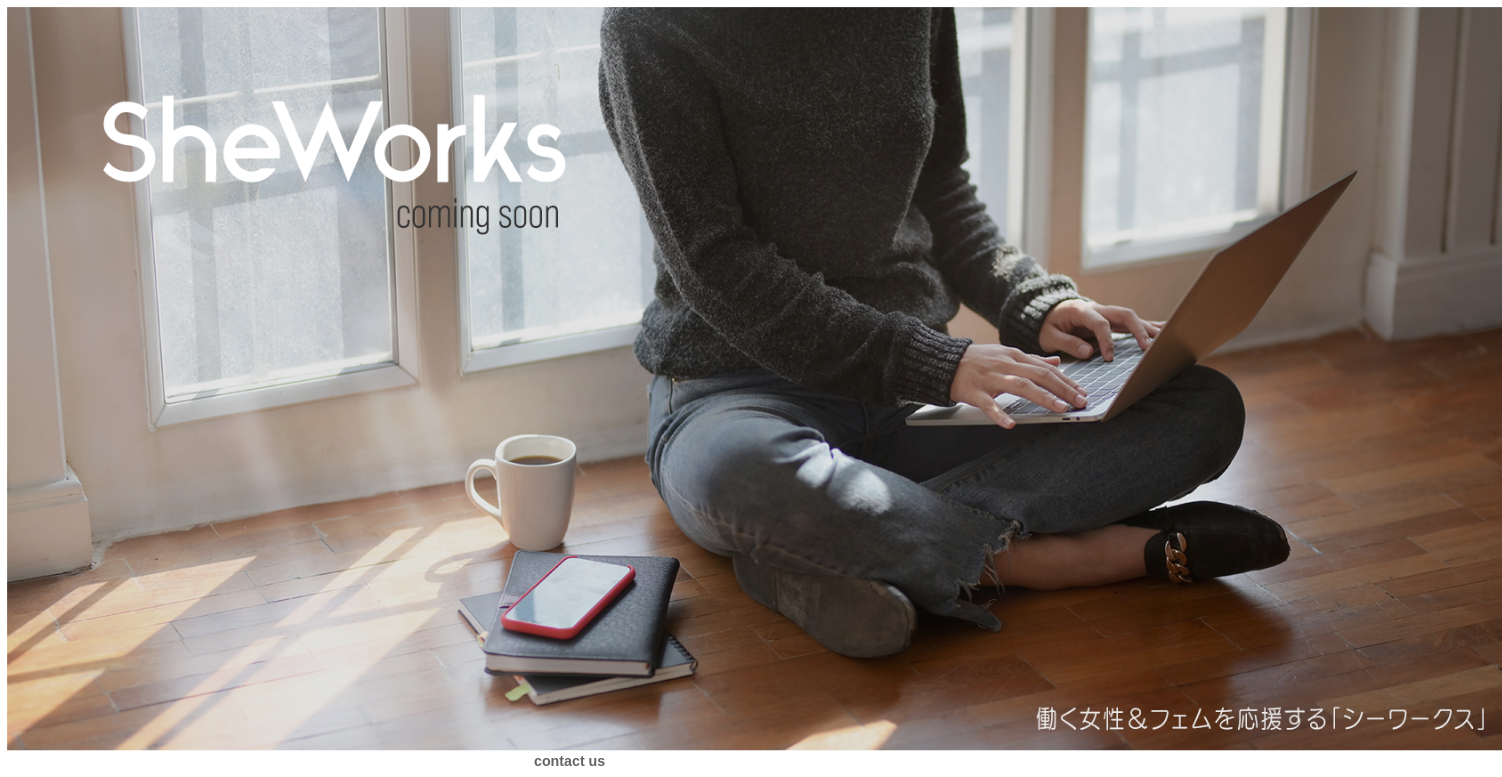
Repository: sheworks/sheworks.github.io
Page: index.html
The author's editor kept a record of every edit. The page is drawn from the files as they stood at one moment, then again after the next edit.
The browser window is 1280 px wide. The page is 1688 px wide, then 1280 px, so the pictures cover 1688 px, including what lies to the right of the window. The pictures show the whole page, at 89% of full size.

Above is the page before.

After the next edit:
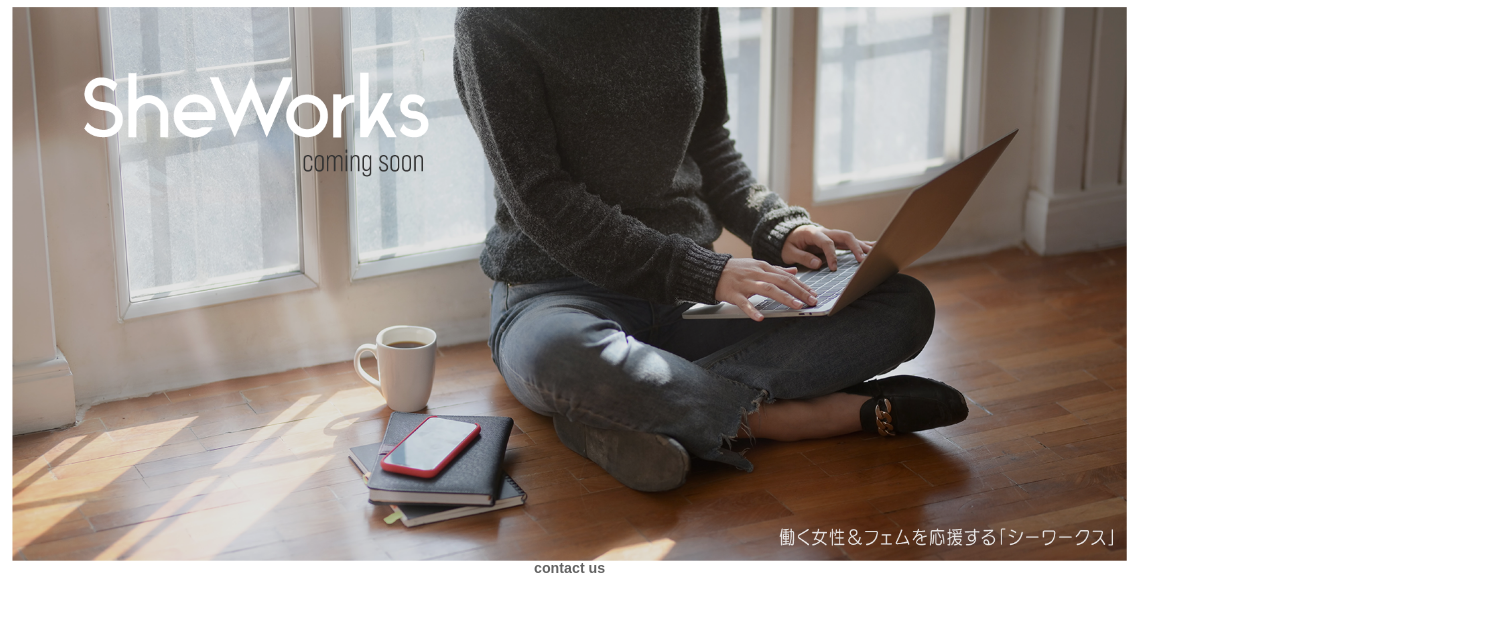
The edit:
--- a/style.css
+++ b/style.css
@@ -4,7 +4,7 @@
    background:url(placeholder.png) center center no-repeat;
 }
 */
-.center {
+.splash {
     display: block;
     margin-left: auto;
     margin-right: auto;
